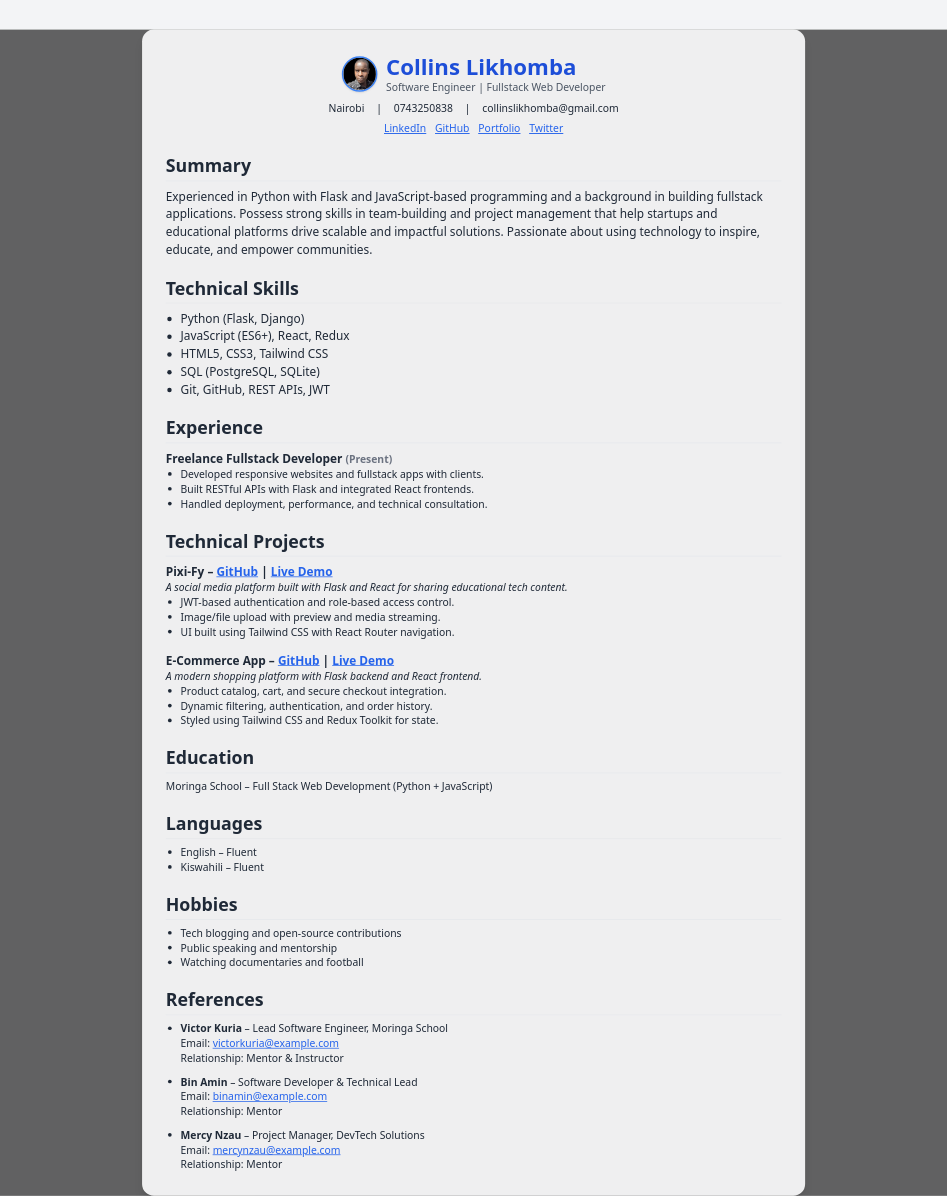
Repository: Engineer-collo/My_Cv
Page: /
The author's editor kept a copy of each file at every save. The page is drawn from the files as they stood at one save, then again after the next save.
The browser window is 1280 px wide. The pictures show the whole page, at 74% of full size.
The project was rebuilt for these pictures with package versions that can differ from the ones it lists, and the page was loaded fresh each time. Also part of the build but not shown: vite.config.js.

Above is the page before, as saved 2025-06-24 17:42:45.

### index.html
<!DOCTYPE html>
<html lang="en">
<head>
  <meta charset="UTF-8">
  <meta name="viewport" content="width=device-width, initial-scale=1.0">
  <title>React Vite Starter</title>
</head>
<body class="bg-gray-100">
  <div id="root"></div>
  <script type="module" src="/src/main.jsx"></script>
</body>
</html>

### src/main.jsx
import React from 'react'
import ReactDOM from 'react-dom/client'
import './index.css'
import App from './App'

ReactDOM.createRoot(document.getElementById('root')).render(
  <React.StrictMode>
    <App />
  </React.StrictMode>,
)

### src/App.jsx
import React from "react";

export default function App() {
  return (
    <div className="min-h-screen relative bg-gray-100 bg-cover bg-center bg-no-repeat">
      {/* Background overlay */}
      <div className="absolute inset-0 bg-black bg-opacity-60"></div>

      {/* Main content container */}
      <div className="relative z-10 max-w-4xl mx-auto bg-white bg-opacity-90 rounded-2xl shadow-lg p-8 mt-10 text-gray-800 font-sans">
      <header className="text-center mb-6">
  <div className="flex justify-center items-center gap-3 mb-2">
    <img
      className="h-12 w-12 rounded-full object-cover border-2 border-blue-500 shadow"
      src="/image.png"
      alt="Engineer Collins Logo"
    />
    <div className="text-left">
      <h1 className="text-2xl md:text-3xl font-bold text-blue-700">
        Collins Likhomba
      </h1>
      <p className="text-sm text-gray-600">
        Software Engineer | Fullstack Web Developer
      </p>
    </div>
  </div>

  <div className="flex justify-center mt-2 space-x-4 text-sm">
    <span>Nairobi</span>
    <span>|</span>
    <span>0743250838</span>
    <span>|</span>
    <span>collinslikhomba@gmail.com</span>
  </div>

  <div className="flex justify-center mt-2 flex-wrap gap-3 text-blue-600 underline text-sm">
    <a
      href="https://www.linkedin.com/in/collins-likhomba-7b364730a/"
      target="_blank"
      rel="noreferrer"
    >
      LinkedIn
    </a>
    <a
      href="https://github.com/Engineer-collo?tab=repositories"
      target="_blank"
      rel="noreferrer"
    >
      GitHub
    </a>
    <a
      href="https://portfolio-git-main-collins-likhombas-projects.vercel.app/"
      target="_blank"
      rel="noreferrer"
    >
      Portfolio
    </a>
    <a
      href="https://x.com/CollinsLikhomba"
      target="_blank"
      rel="noreferrer"
    >
      Twitter
    </a>
  </div>
</header>

        <section className="mb-6">
          <h2 className="text-2xl font-semibold border-b pb-1 mb-2">Summary</h2>
          <p>
            Experienced in Python with Flask and JavaScript-based programming and a background in building fullstack applications. Possess strong skills in team-building and project management that help startups and educational platforms drive scalable and impactful solutions. Passionate about using technology to inspire, educate, and empower communities.
          </p>
        </section>

        <section className="mb-6">
          <h2 className="text-2xl font-semibold border-b pb-1 mb-2">Technical Skills</h2>
          <ul className="list-disc pl-5">
            <li>Python (Flask, Django)</li>
            <li>JavaScript (ES6+), React, Redux</li>
            <li>HTML5, CSS3, Tailwind CSS</li>
            <li>SQL (PostgreSQL, SQLite)</li>
            <li>Git, GitHub, REST APIs, JWT</li>
          </ul>
        </section>

        <section className="mb-6">
          <h2 className="text-2xl font-semibold border-b pb-1 mb-2">Experience</h2>
          <div>
            <h3 className="font-semibold">Freelance Fullstack Developer <span className="text-sm text-gray-500">(Present)</span></h3>
            <ul className="list-disc pl-5 text-sm">
              <li>Developed responsive websites and fullstack apps with clients.</li>
              <li>Built RESTful APIs with Flask and integrated React frontends.</li>
              <li>Handled deployment, performance, and technical consultation.</li>
            </ul>
          </div>
        </section>

        <section className="mb-6">
          <h2 className="text-2xl font-semibold border-b pb-1 mb-2">Technical Projects</h2>

          {/* Pixi-Fy Project */}
          <div className="mb-4">
            <h3 className="font-semibold">
              Pixi-Fy –{" "}
              <a
                href="https://github.com/Engineer-collo/Pixi-fy"
                target="_blank"
                className="text-blue-600 underline"
                rel="noreferrer"
              >
                GitHub
              </a>
              {" | "}
              <a
                href="https://pixi-fy-hrmt.vercel.app/"
                target="_blank"
                className="text-blue-600 underline"
                rel="noreferrer"
              >
                Live Demo
              </a>
            </h3>
            <p className="text-sm italic">
              A social media platform built with Flask and React for sharing educational tech content.
            </p>
            <ul className="list-disc pl-5 text-sm">
              <li>JWT-based authentication and role-based access control.</li>
              <li>Image/file upload with preview and media streaming.</li>
              <li>UI built using Tailwind CSS with React Router navigation.</li>
            </ul>
          </div>

          {/* E-Commerce Project */}
          <div className="mb-4">
            <h3 className="font-semibold">
              E-Commerce App –{" "}
              <a
                href="https://github.com/Engineer-collo/Modern-Ecommerce-Application"
                target="_blank"
                className="text-blue-600 underline"
                rel="noreferrer"
              >
                GitHub
              </a>
              {" | "}
              <a
                href="https://modern-ecommerce-application-v2qd.vercel.app/"
                target="_blank"
                className="text-blue-600 underline"
                rel="noreferrer"
              >
                Live Demo
              </a>
            </h3>
            <p className="text-sm italic">
              A modern shopping platform with Flask backend and React frontend.
            </p>
            <ul className="list-disc pl-5 text-sm">
              <li>Product catalog, cart, and secure checkout integration.</li>
              <li>Dynamic filtering, authentication, and order history.</li>
              <li>Styled using Tailwind CSS and Redux Toolkit for state.</li>
            </ul>
          </div>
        </section>

        <section className="mb-6">
          <h2 className="text-2xl font-semibold border-b pb-1 mb-2">Education</h2>
          <p className="text-sm">Moringa School – Full Stack Web Development (Python + JavaScript)</p>
        </section>

        <section className="mb-6">
          <h2 className="text-2xl font-semibold border-b pb-1 mb-2">Languages</h2>
          <ul className="list-disc pl-5 text-sm">
            <li>English – Fluent</li>
            <li>Kiswahili – Fluent</li>
          </ul>
        </section>

        <section className="mb-6">
          <h2 className="text-2xl font-semibold border-b pb-1 mb-2">Hobbies</h2>
          <ul className="list-disc pl-5 text-sm">
            <li>Tech blogging and open-source contributions</li>
            <li>Public speaking and mentorship</li>
            <li>Watching documentaries and football</li>
          </ul>
        </section>

        <section>
          <h2 className="text-2xl font-semibold border-b pb-1 mb-2">References</h2>
          <ul className="text-sm list-disc pl-5 space-y-3">
            <li>
              <span className="font-semibold">Victor Kuria</span> – Lead Software Engineer, Moringa School<br />
              Email: <a href="mailto:victorkuria@example.com" className="text-blue-600 underline">victorkuria@example.com</a><br />
              Relationship: Mentor & Instructor
            </li>
            <li>
              <span className="font-semibold">Bin Amin</span> – Software Developer & Technical Lead<br />
              Email: <a href="mailto:binamin@example.com" className="text-blue-600 underline">binamin@example.com</a><br />
              Relationship: Mentor
            </li>
            <li>
              <span className="font-semibold">Mercy Nzau</span> – Project Manager, DevTech Solutions<br />
              Email: <a href="mailto:mercynzau@example.com" className="text-blue-600 underline">mercynzau@example.com</a><br />
              Relationship: Mentor
            </li>
          </ul>
        </section>
      </div>
    </div>
  );
}

Loaded but not shown: src/index.css (common file); tailwind.config.js (common file)

After the next save:
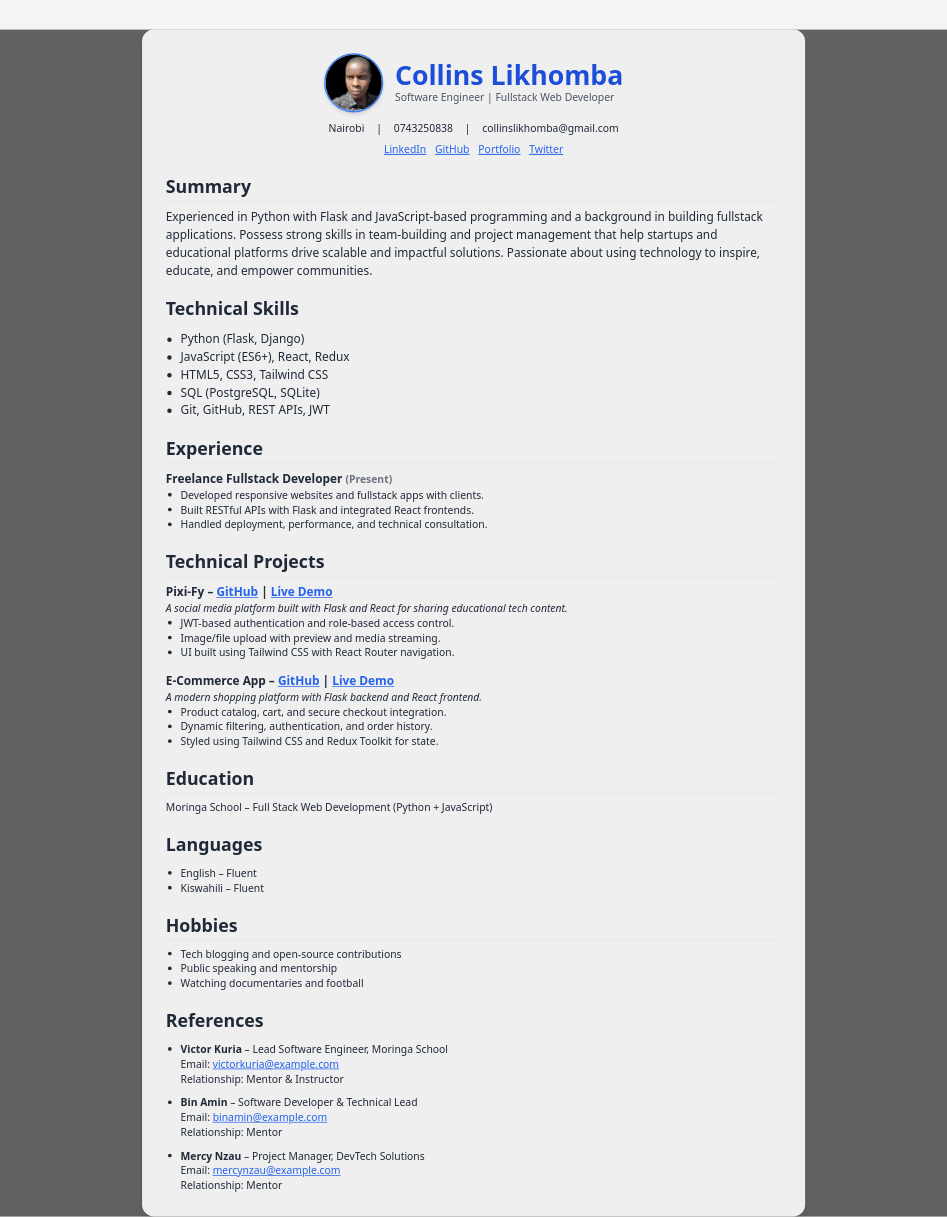
Saved 111 s later.
--- a/src/App.jsx
+++ b/src/App.jsx
@@ -9,14 +9,14 @@ export default function App() {
       {/* Main content container */}
       <div className="relative z-10 max-w-4xl mx-auto bg-white bg-opacity-90 rounded-2xl shadow-lg p-8 mt-10 text-gray-800 font-sans">
       <header className="text-center mb-6">
-  <div className="flex justify-center items-center gap-3 mb-2">
+  <div className="flex justify-center items-center gap-4 mb-3">
     <img
-      className="h-12 w-12 rounded-full object-cover border-2 border-blue-500 shadow"
+      className="h-20 w-20 rounded-full object-cover border-2 border-blue-500 shadow-md"
       src="/image.png"
       alt="Engineer Collins Logo"
     />
     <div className="text-left">
-      <h1 className="text-2xl md:text-3xl font-bold text-blue-700">
+      <h1 className="text-3xl md:text-4xl font-bold text-blue-700">
         Collins Likhomba
       </h1>
       <p className="text-sm text-gray-600">
